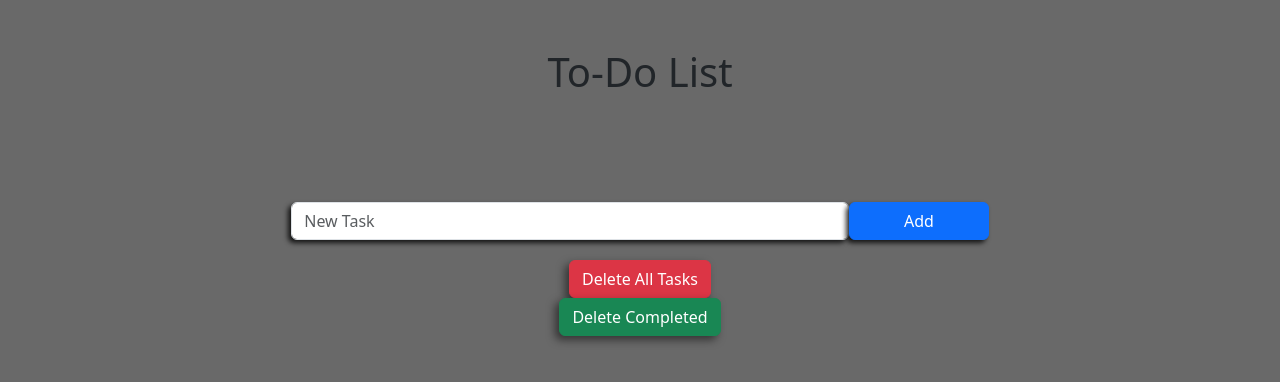
Repository: PituMia/TODO-List
Page: /
The author's editor kept a copy of each file at every save. The page is drawn from the files as they stood at one save, then again after the next save.
The browser window is 1280 px wide. The pictures show the whole page.
The project was rebuilt for these pictures with package versions that can differ from the ones it lists, and the page was loaded fresh each time. Also part of the build but not shown: vite.config.js, src/assets/css/App.css, src/assets/css/Task.css, src/assets/components/Task.jsx.

Above is the page before, as saved 2025-02-01 17:16:20.

After the next save:
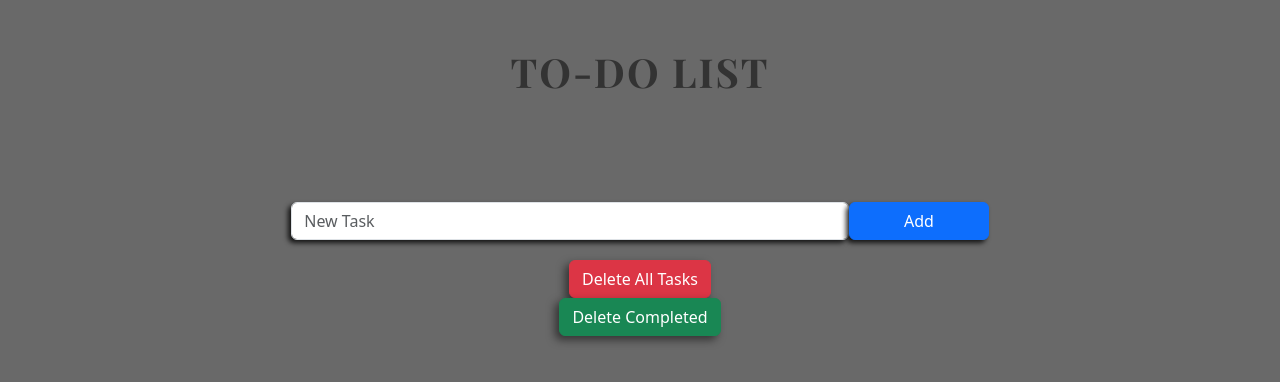
Saved 28 s later.
--- a/src/assets/components/header.jsx
+++ b/src/assets/components/header.jsx
@@ -3,7 +3,7 @@ import "../css/header.css";
 
 const Header = () => {
     return (
-        <div className="head text-center p-5">
+        <div className="header text-center p-5">
            <h1>To-Do List</h1>
 
         </div>
